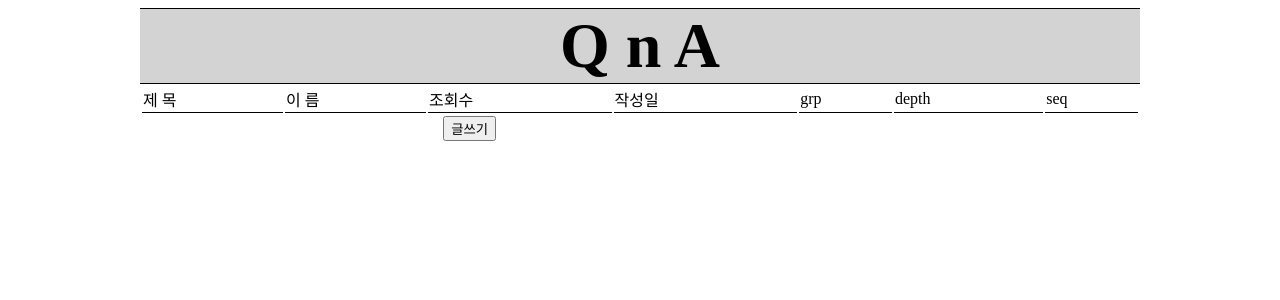
Repository: shbaksa/study
Page: http://localhost/mw_0620/qna/list.jsp
These files come from the project's save history. The page is drawn as it stood at one moment and after the next save; the edit follows.
The browser window is 1280 px wide. The pictures show the whole page.
The page is served by Tomcat 9. Queries for data that is not in the repository find no rows.

Above is the page before, as saved 2022-06-20 06:01:43.

After the next save:
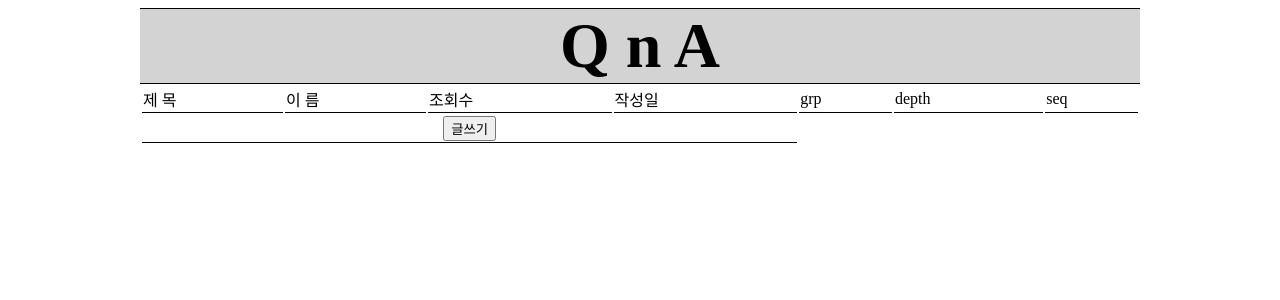
Saved 4 s later.
--- a/mw_0620/src/main/webapp/qna/list.jsp
+++ b/mw_0620/src/main/webapp/qna/list.jsp
@@ -38,7 +38,7 @@
 		tr:first-child > td {
 			border-bottom : 1px solid black;
 		}
-		tr:last-child < td {
+		tr:last-child > td {
 			border-bottom : 1px solid black;
 		}
 	</style>

After the save that followed:
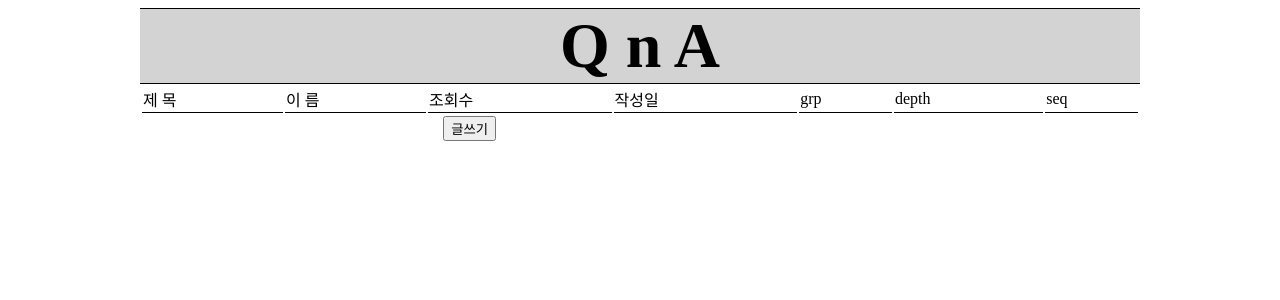
Saved 12 min 32 s later.
--- a/mw_0620/src/main/webapp/qna/list.jsp
+++ b/mw_0620/src/main/webapp/qna/list.jsp
@@ -38,7 +38,7 @@
 		tr:first-child > td {
 			border-bottom : 1px solid black;
 		}
-		tr:last-child > td {
+		tr:last-child >>>>>>>>>>>>> td {
 			border-bottom : 1px solid black;
 		}
 	</style>
